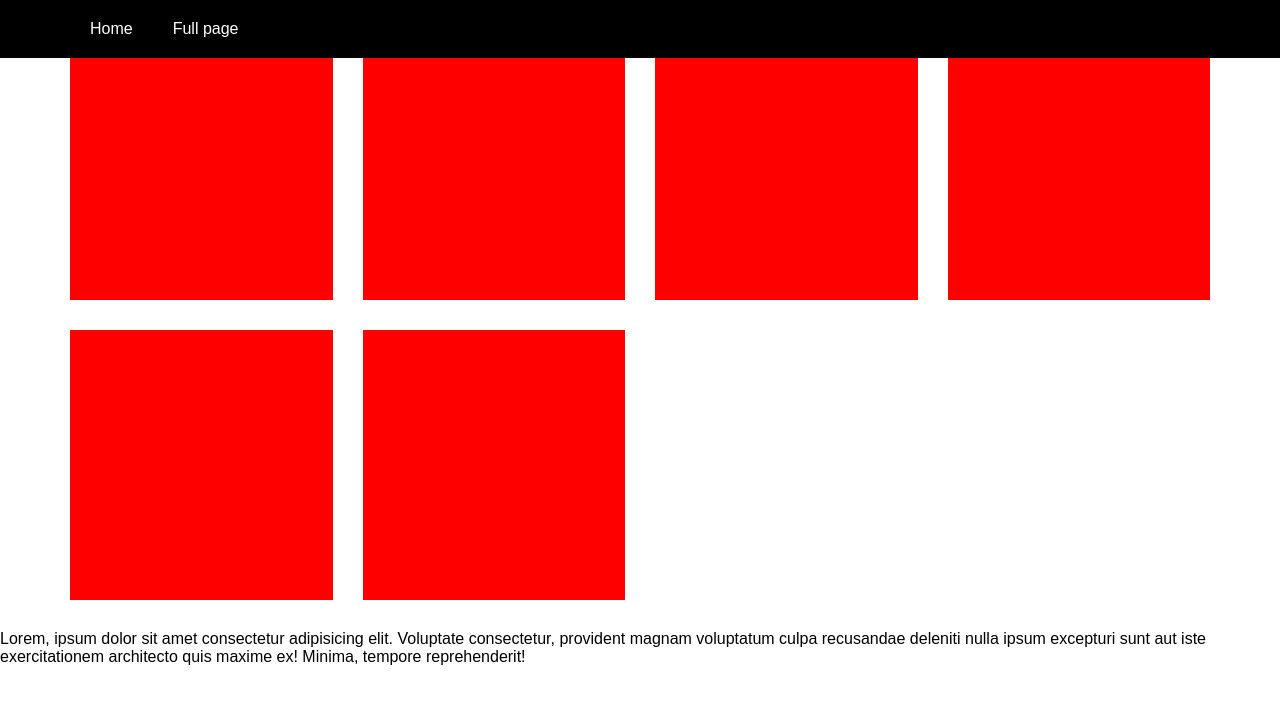
Repository: danilodscosta/CursoHTML
Page: aula1/aulascss.html
An editor plug-in stored every save of this project. The page is shown before and after the next save, followed by the edit.
The browser window is 1280 px wide. The pictures show the whole page.

Above is the page before, as saved 2024-01-17 17:28:47.

After the next save:
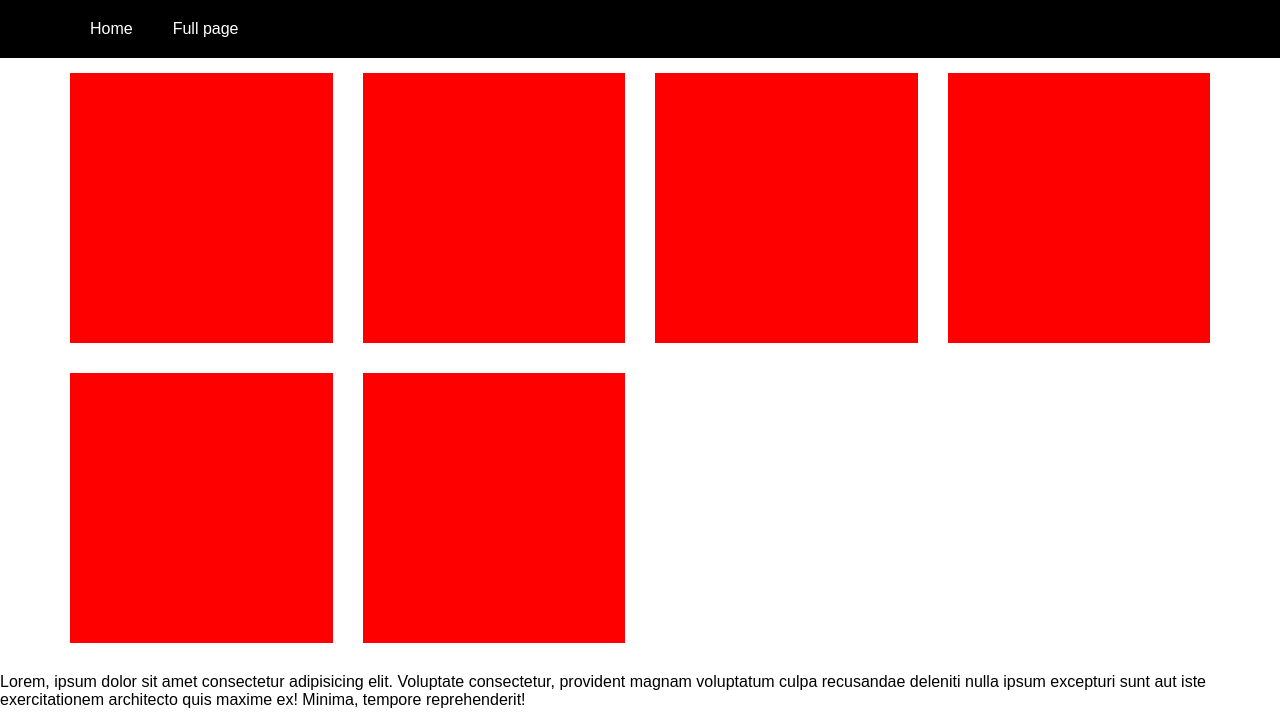
Saved 22 min 17 s later.
--- a/aula1/assets/css/aulasstyle.css
+++ b/aula1/assets/css/aulasstyle.css
@@ -16,6 +16,7 @@ body {
     max-width: 1200px;
     padding: 15px;
     margin: 0 auto;
+    padding-top: 58px;
 }
 
 .grid:after {
